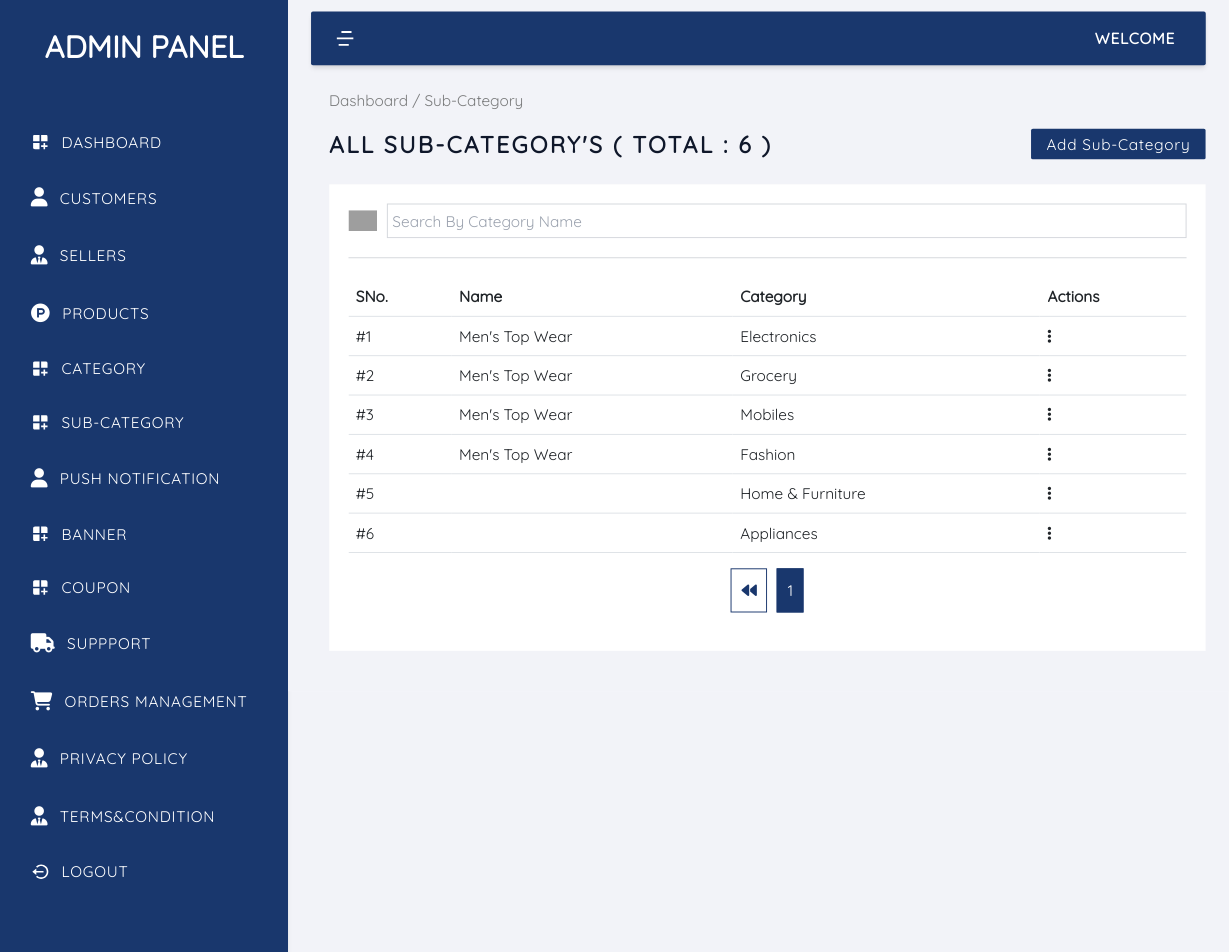
Repository: shishpal2000/admin.aschpro
Page: /SubCategory
The author's editor kept a copy of each file at every save. The page is drawn from the files as they stood at one save, then again after a run of saves.
The browser window is 1280 px wide. The pictures show the whole page, at 96% of full size.
Pictures or frames that could not be fetched are drawn as grey boxes. Some web libraries are served in a nearby version. The project was rebuilt for these pictures with package versions that can differ from the ones it lists, and the page was loaded fresh each time. Also part of the build but not shown: src/E-CommerceAdmin/forms/Login.jsx, src/E-CommerceAdmin/pages/Dashboard.jsx, src/E-CommerceAdmin/pages/ECategory.js, src/E-CommerceAdmin/pages/EProduct.js, src/E-CommerceAdmin/pages/EVendorList.js, src/E-CommerceAdmin/pages/EAdminOrders.js, src/E-CommerceAdmin/pages/EAdminDelivery.js, src/E-CommerceAdmin/pages/EAdminCustomer.js and 6 more. Imported but missing from the stored project, and not drawn on this page: src/E-CommerceAdmin/pages/Complaints, src/E-CommerceAdmin/pages/Component/SpinnerComp, src/E-CommerceAdmin/pages/EAdmin, src/E-CommerceAdmin/pages/EAdminProduct, src/E-CommerceAdmin/pages/ESingleProduct, src/E-CommerceAdmin/pages/GetMeThis, src/E-CommerceAdmin/pages/HelpSupport.

Above is the page before, as saved 2023-06-28 16:49:34.

### public/index.html
<!-- @format -->

<!DOCTYPE html>
<html lang="en">
  <head>
    <meta charset="utf-8" />
    <meta name="viewport" content="width=device-width, initial-scale=1" />
    <meta name="theme-color" content="#000000" />
    <meta
      name="description"
      content="Web site created using create-react-app"
    />
    <link rel="icon" href="%PUBLIC_URL%/favicon.png" />
    <link rel="manifest" href="%PUBLIC_URL%/manifest.json" />
    <link rel="preconnect" href="https://fonts.googleapis.com" />
    <link rel="preconnect" href="https://fonts.gstatic.com" crossorigin />
    <link
      href="https://fonts.googleapis.com/css2?family=Roboto+Mono:ital,wght@1,300&display=swap"
      rel="stylesheet"
    />
    <link rel="preconnect" href="https://fonts.googleapis.com">
<link rel="preconnect" href="https://fonts.gstatic.com" crossorigin>
<link href="https://fonts.googleapis.com/css2?family=Quicksand&display=swap" rel="stylesheet">
    <title>Subharambh</title>
  </head>
  <body>
    <noscript>You need to enable JavaScript to run this app.</noscript>
    <div id="root"></div>
    <script src="https://code.jquery.com/jquery-3.6.0.min.js"></script>
    <script
      src="https://kit.fontawesome.com/b533b351e4.js"
      crossorigin="anonymous"
    ></script>
    <script
      type="module"
      src="https://unpkg.com/ionicons@7.1.0/dist/ionicons/ionicons.esm.js"
    ></script>
    <script
      nomodule
      src="https://unpkg.com/ionicons@7.1.0/dist/ionicons/ionicons.js"
    ></script>
  </body>
</html>

### src/E-CommerceAdmin/pages/ESubCategory.js
/** @format */
import React, { useEffect, useState } from "react";
import HOC from "../layout/HOC";
import {
  Table,
  Modal,
  Form,
  Button,
  Alert,
} from "react-bootstrap";
import { Dropdown, Menu } from "antd";

const ESubCategory = () => {
  const [modalShow, setModalShow] = React.useState(false);
  const [edit, setEdit] = useState("");

  const data = [
    {
      category: "Electronics",
      name : "Men's Top Wear"
    },
    {
      category: "Grocery",
      name : "Men's Top Wear"
    },
    {
      category: "Mobiles",
      name : "Men's Top Wear"
    },
    {
      category: "Fashion",
      name : "Men's Top Wear"
    },
    {
      category: "Home & Furniture",
    },
    {
      category  : "Appliances",
    },
  ];

  // Pagination and Filter
  const [query, setQuery] = useState("");
  const [currentPage2, setCurrentPage2] = useState(1);
  const [postPerPage2] = useState(10);
  const lastPostIndex2 = currentPage2 * postPerPage2;
  const firstPostIndex2 = lastPostIndex2 - postPerPage2;

  let pages2 = [];

  const TotolData = query
    ? data?.filter((i) => i?.name?.toLowerCase().includes(query?.toLowerCase()))
    : data;

  useEffect(() => {
    if (query) {
      setCurrentPage2(1);
    }
  }, [query]);

  const slicedData = TotolData?.slice(firstPostIndex2, lastPostIndex2);

  for (let i = 1; i <= Math.ceil(TotolData?.length / postPerPage2); i++) {
    pages2.push(i);
  }

  function Next() {
    setCurrentPage2(currentPage2 + 1);
  }

  function Prev() {
    if (currentPage2 !== 1) {
      setCurrentPage2(currentPage2 - 1);
    }
  }

  function MyVerticallyCenteredModal(props) {
    return (
      <Modal
        {...props}
        size="lg"
        aria-labelledby="contained-modal-title-vcenter"
        centered
      >
        <Modal.Header closeButton>
          <Modal.Title id="contained-modal-title-vcenter">
            {" "}
            {edit ? "Edit Sub Category" : " Add Sub Category"}
          </Modal.Title>
        </Modal.Header>
        <Modal.Body>
          <Form>

            <Form.Group className="mb-3">
              <Form.Label>Name</Form.Label>
              <Form.Control type="text" required />
            </Form.Group>

            <Button
              style={{ backgroundColor: "#19376d", borderRadius: "0" , border : '1px solid #19376d'}}
              type="submit"
            >
              Submit
            </Button>
          </Form>
        </Modal.Body>
      </Modal>
    );
  }

  return (
    <>
      <MyVerticallyCenteredModal
        show={modalShow}
        onHide={() => setModalShow(false)}
      />

      <section>
        <p className="headP">Dashboard /  Sub-Category</p>
        <div
          className="pb-4   w-full flex justify-between items-center"
          style={{ width: "98%", marginLeft: "2%" }}
        >
          <span
            className="tracking-widest text-slate-900 font-semibold uppercase"
            style={{ fontSize: "1.5rem" }}
          >
            All Sub-Category's ( Total : {data?.length} )
          </span>
          <button
            onClick={() => {
              setEdit(false);
              setModalShow(true);
            }}
            className="md:py-2 px-3 md:px-4 py-1 rounded-sm bg-[#19376d] text-white tracking-wider"
          >
            Add Sub-Category
          </button>
        </div>

        <section className="sectionCont">
          {data?.length === 0 || !data ? (
            <Alert>Sub-Categories Not Found</Alert>
          ) : (
            <>
              <div className="filterBox">
                <img
                  src="https://t4.ftcdn.net/jpg/01/41/97/61/360_F_141976137_kQrdYIvfn3e0RT1EWbZOmQciOKLMgCwG.jpg"
                  alt=""
                />
                <input
                  type="search"
                  placeholder="Search By Category Name"
                  onChange={(e) => setQuery(e.target.value)}
                />
              </div>

              <div className="overFlowCont">
                <Table>
                  <thead>
                    <tr>
                      <th>SNo.</th>
                      <th>Name</th>
                      <th>Category</th>
                      <th>Actions</th>
                    </tr>
                  </thead>
                  <tbody>
                    {slicedData?.map((i, index) => (
                      <tr key={index}>
                        <td>#{index + 1} </td>
                        <td>{i.name} </td>
                        <td> {i.category} </td>
                        <td>
                          <Dropdown
                            overlay={
                              <Menu>
                                <Menu.Item key="2">
                                  <div
                                    className="two_Sec_Div"
                                    onClick={() => {
                                      setEdit(true)
                                      setModalShow(true)
                                    }}
                                  >
                                    <i className="fa-solid fa-pen-to-square"></i>

                                    <p>Edit SubCategory</p>
                                  </div>
                                </Menu.Item>
                                <Menu.Item key="3">
                                  <div className="two_Sec_Div">
                                    <i className="fa-sharp fa-solid fa-trash"></i>
                                    <p>Delete SubCategory</p>
                                  </div>
                                </Menu.Item>
                              </Menu>
                            }
                            trigger={["click"]}
                          >
                            <i className="fa-solid fa-ellipsis-vertical"></i>
                          </Dropdown>
                        </td>
                      </tr>
                    ))}
                  </tbody>
                </Table>
                {/* Pagination */}
                <div className="pagination">
                  <button onClick={() => Prev()} className="prevBtn">
                    <i className="fa-solid fa-backward"></i>
                  </button>
                  {currentPage2 === 1 ? (
                    ""
                  ) : (
                    <button onClick={() => setCurrentPage2(1)}>1</button>
                  )}

                  {pages2
                    ?.slice(currentPage2 - 1, currentPage2 + 3)
                    .map((i, index) =>
                      i === pages2?.length ? (
                        ""
                      ) : (
                        <button
                          key={index}
                          onClick={() => setCurrentPage2(i)}
                          className={currentPage2 === i ? "activePage" : ""}
                        >
                          {" "}
                          {i}{" "}
                        </button>
                      )
                    )}

                  <button
                    onClick={() => setCurrentPage2(pages2?.length)}
                    className={
                      currentPage2 === pages2?.length ? "activePage" : ""
                    }
                  >
                    {" "}
                    {pages2?.length}{" "}
                  </button>

                  {currentPage2 === pages2?.length ? (
                    ""
                  ) : (
                    <button onClick={() => Next()} className="nextBtn">
                      {" "}
                      <i className="fa-sharp fa-solid fa-forward"></i>
                    </button>
                  )}
                </div>
              </div>
            </>
          )}
        </section>
      </section>
    </>
  );
};


export default HOC(ESubCategory);

### src/E-CommerceAdmin/layout/HOC.jsx
/** @format */

import React, { useState } from "react";
import Navbar from "./Navbar";
import Sidebar from "./Sidebar";

const HOC = (Wcomponenet) => {
  return function Component() {
    const [hamb, setHamb] = useState(false);
    return (
      <>
        <section
          className="flex overflow-x-hidden relative "
          style={{ backgroundColor: "#f2f3f8" }}
        >
          {/* Sidebar */}
          <div
            className={
              hamb
                ? " absolute top-0 z-30 md:w-auto shadow-md bg-slate-200  w-60 transition-all md:-left-full left duration-150  h-auto overflow-y-auto  left-0 "
                : " md:w-72 z-30 bg-slate-200  shadow-md  md:static absolute top-0 -left-full   transition-all duration-150  overflow-y-auto h-auto"
            }
            style={{ minWidth: "300px" }}
          >
            <Sidebar hamb={hamb} setHamb={setHamb} />
          </div>
          {/* Components & Navbar */}
          <div
            className={
              hamb
                ? " transition-all px-4 py-2  duration-150 w-full h-screen"
                : " w-full h-screen  px-4 py-2   z-50 transition-all duration-150 "
            }
            style={{ backgroundColor: "#f2f3f8" }}
          >
            <Navbar hamb={hamb} setHamb={setHamb} />
            <div className="my-6 text-#000 h-[87%] wcomp overflow-y-auto">
              {" "}
              <Wcomponenet />
            </div>
          </div>
        </section>
      </>
    );
  };
};

export default HOC;

### src/E-CommerceAdmin/layout/Navbar.jsx
/** @format */

import { RiMenu4Line } from "react-icons/ri";

const Navbar = ({ hamb, setHamb }) => {
  const AdminName = localStorage.getItem("AdminName")
  return (
    <>
      <div
        className={
          hamb
            ? "flex  w-full justify-between  my-1 rounded-sm  p-4 py-3 shadow-md items-center  bg-slate-200 space-x-4"
            : "flex  w-full justify-between my-1 rounded-sm  p-4 py-3 shadow-md items-center  bg-slate-200 space-x-4"
        }
        style={{ backgroundColor: "#19376d" }}
      >
        <RiMenu4Line
          onClick={() => setHamb(!hamb)}
          className="text-2xl font-bold text-gray-900 hover:scale-90 cursor-pointer"
          style={{ color: "#fff" }}
        />

        <section className="flex sm:ml-auto justify-end sm:w-full items-center space-x-2  pr-2">
          <figcaption className="tracking-wider pl-1 font-semibold">
            <div
              className="lg:text-base text-sm text-gray-900  uppercase"
              style={{ color: "#fff" }}
            >
              Welcome {AdminName}
            </div>
          </figcaption>
        </section>
      </div>
    </>
  );
};

export default Navbar;

### src/E-CommerceAdmin/layout/Sidebar.jsx
/** @format */

import React from "react";
import { RiCloseLine } from "react-icons/ri";
import { Link, useNavigate } from "react-router-dom";
import { BiLogOutCircle } from "react-icons/bi";
import { MdDashboardCustomize } from "react-icons/md";

const Sidebar = ({ hamb, setHamb }) => {
  const navigate = useNavigate();

  const nav = [
    {
      icon: <MdDashboardCustomize className="text-xl mr-3 rounded-full " />,
      link: "/dashboard ",
      name: "Dashboard",
    },

    {
      icon: (
        <i className="fa-solid fa-user text-xl mr-3 rounded-full"></i>
      ),
      link: "/Customer",
      name: "Customers",
    },
    {
      icon: <i className="fa-solid fa-user-tie text-xl mr-3 rounded-full"></i>,
      link: "/VendorList",
      name: "Sellers",
    },
    {
      icon: (
    <i className="fa-brands fa-product-hunt text-xl mr-3 rounded-full"></i>
      ),
      link: "/Product",
      name: "Products",
    },
    {
      icon: <MdDashboardCustomize className="text-xl mr-3 rounded-full " />,
      link: "/Category",
      name: "Category",
    },

    {
      icon: <MdDashboardCustomize className="text-xl mr-3 rounded-full " />,
      link: "/SubCategory",
      name: "Sub-Category",
    },
    {
      icon: <i className="fa-solid fa-user text-xl mr-3 rounded-full"></i>,
      link: "/pushNotification",
      name: "Push Notification",
    },

    {
      icon: <MdDashboardCustomize className="text-xl mr-3 rounded-full " />,
      link: "/banner",
      name: "Banner",
    },
    {
      icon: <MdDashboardCustomize className="text-xl mr-3 rounded-full " />,
      link: "/coupon",
      name: "Coupon",
    },

    {
      icon: <i className="fa-solid fa-truck  text-xl mr-3 rounded-full"></i>,
      link: "/Support",
      name: "Suppport",
    },
    {
      icon: (
        <i className="fa-solid fa-cart-shopping text-xl mr-3 rounded-full"></i>
      ),
      link: "/Orders",
      name: "Orders Management",
    },

    {
      icon: <i className="fa-solid fa-user-tie text-xl mr-3 rounded-full"></i>,
      link: "/privacy",
      name: "Privacy Policy",
    },
    {
      icon: <i className="fa-solid fa-user-tie text-xl mr-3 rounded-full"></i>,
      link: "/terms",
      name: "Terms&Condition",
    }
  ];

  const logOut = () => {
    localStorage.clear()
    navigate("/");
  };

  return (
    <>
      <aside
        className="p-4 h-auto"
        style={{ backgroundColor: "#19376d", minHeight: "100vh" }}
      >
        {/* Top */}
        <div className="w-full md:hidden relative  p-2 mb-4">
          <RiCloseLine
            onClick={() => setHamb(!hamb)}
            className="text-3xl  absolute top-2 sm:hover:rotate-[228deg] transition-transform font-bold right-2 sm:hover:text-[22px] text-[rgb(241,146,46)] cursor-pointer"
          />
        </div>{" "}
        <figure className="flex  flex-col items-center">
          <span
            className="font-bold text-[#fff]"
            style={{
              fontSize: "2rem",
              textAlign: "center",
              textTransform: "uppercase",
            }}
          >
            {" "}
            ADMIN PANEL
          </span>
        </figure>
        <nav className="py-6">
          {nav.map((nav) => {
            return (
              <Link
                to={nav.link}
                key={nav.name}
                className=""
                style={{ textDecoration: "none", textTransform: "uppercase" }}
              >
                <span
                  className="flex my-3 items-center cursor-pointer text-gray-900    tracking-wider p-2 rounded-sm"
                  style={{ color: "#FFF" }}
                >
                  {nav.icon} {nav.name}
                </span>
              </Link>
            );
          })}
          <span
            className="flex my-3 items-center cursor-pointer text-gray-900    tracking-wider p-2 rounded-sm"
            onClick={() => logOut()}
            style={{ color: "#FFF", textTransform: "uppercase" }}
          >
            <BiLogOutCircle className="text-xl mr-3 rounded-full " /> LogOut
          </span>
        </nav>
      </aside>
    </>
  );
};

export default Sidebar;

Loaded but not shown: tailwind.config.js (common file); src/App.js (70 lines, source omitted); src/index.js (15 lines, source omitted); src/index.css (533 lines, source omitted)

After the next 2 saves:
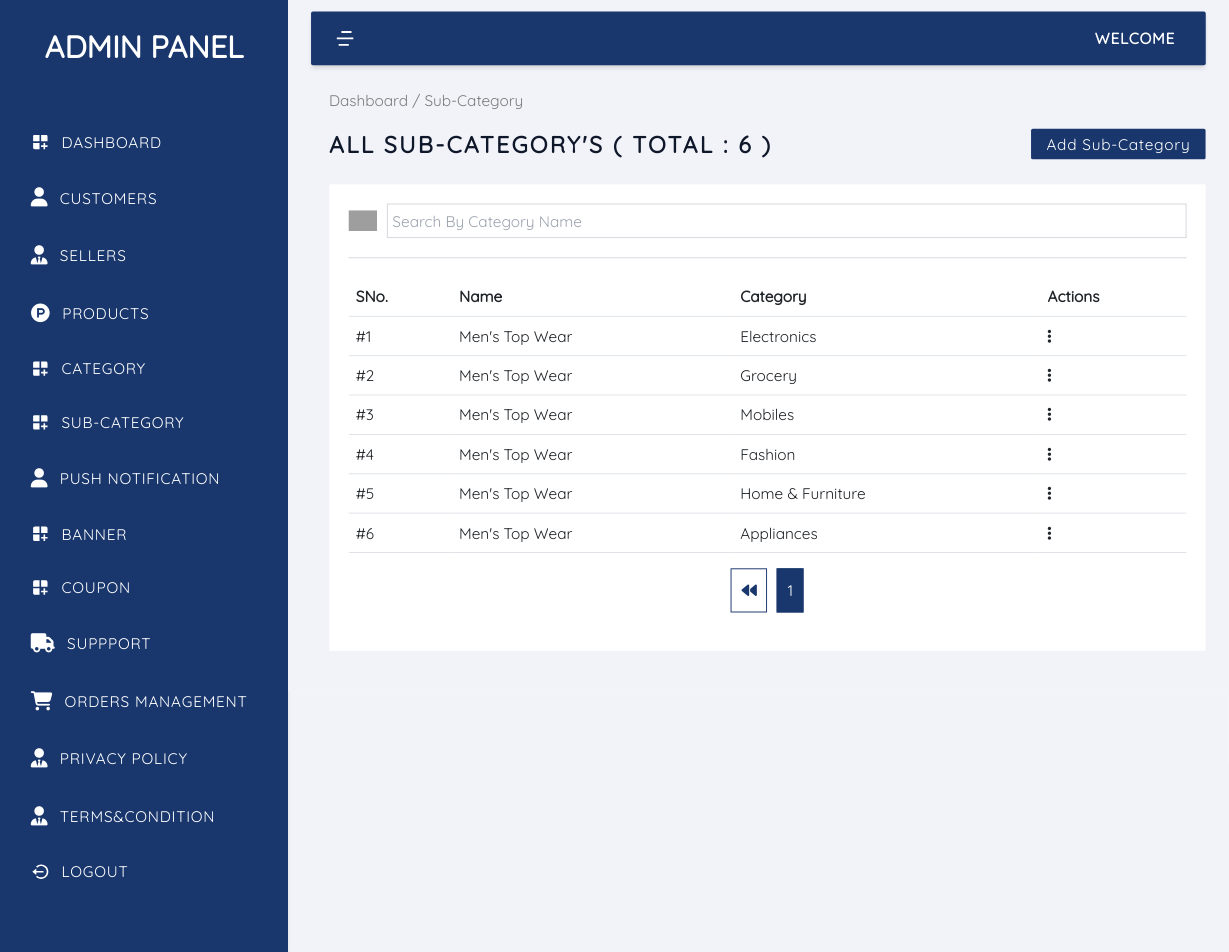
The 2 saves are shown as one change because they came seconds apart.
The last was saved 7 s later.
--- a/src/E-CommerceAdmin/pages/ESubCategory.js
+++ b/src/E-CommerceAdmin/pages/ESubCategory.js
@@ -33,9 +33,11 @@ const ESubCategory = () => {
     },
     {
       category: "Home & Furniture",
+      name : "Men's Top Wear"
     },
     {
       category  : "Appliances",
+      name : "Men's Top Wear"
     },
   ];
 
